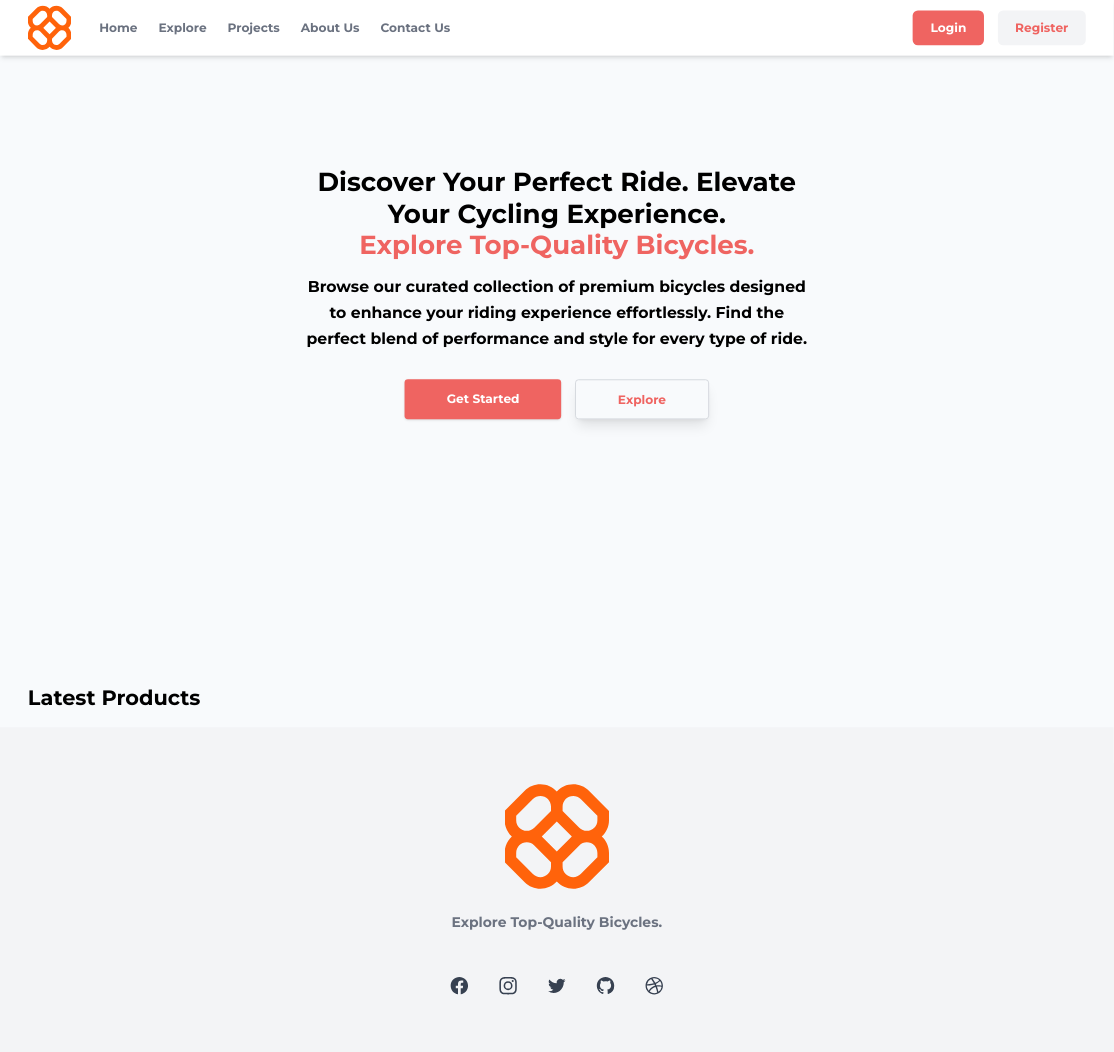
Repository: YahiaSala7/E-commerce-Project
Page: / (app in ecommerce/)
The author's editor kept a copy of each file at every save. The page is drawn from the files as they stood at one save, then again after the next save.
The browser window is 1280 px wide. The pictures show the whole page, at 87% of full size.
The page's requests for data from a server got no answer. The project was rebuilt for these pictures with package versions that can differ from the ones it lists, and the page was loaded fresh each time. Some packages were replaced by stand-ins written for this rebuild. The framework's server and built-in components were replaced by stand-ins that run in the browser. No one was signed in, and anything a server would have sent is missing. Also part of the build but not shown: ecommerce/next.config.mjs, ecommerce/app/_Components/Cart.jsx, ecommerce/app/_Components/ProductItem.jsx.

Above is the page before, as saved 2024-07-30 21:06:27.

### ecommerce/app/layout.js
"use client";
import { Montserrat } from "next/font/google";
import "./globals.css";
import Header from "./_Components/Header";
import Footer from "./_Components/Footer";
import { ClerkProvider } from "@clerk/nextjs";
import { cartContext } from "./_context/cartContext";
import { useState } from "react";
const inter = Montserrat({ subsets: ["latin"], weight: "700" });

// export const metadata = {
//   title: "Create Next App",
//   description: "Generated by create next app",
// };

export default function RootLayout({ children }) {
  const [cart, setCart] = useState([]);
  return (
    <ClerkProvider>
      <cartContext.Provider value={{ cart, setCart }}>
        <html lang="en">
          <body className={inter.className}>
            <Header />
            {children}
            <Footer />
          </body>
        </html>
      </cartContext.Provider>
    </ClerkProvider>
  );
}

### ecommerce/app/page.js
import Image from "next/image";
import Hero from "./_Components/Hero";
import ProductsSection from "./_Components/ProductsSection";

export default function Home() {
  return (
    <div className="home">
      <Hero />
      <ProductsSection />
    </div>
  );
}

### ecommerce/app/globals.css
@tailwind base;
@tailwind components;
@tailwind utilities;

:root {
  /* --foreground-rgb: 0, 0, 0; */
  /* --background-start-rgb: 214, 219, 220;
  --background-end-rgb: 255, 255, 255; */

}

@media (prefers-color-scheme: dark) {
  :root {
    /* --foreground-rgb: 0, 0, 0; */
    /* --background-start-rgb: 0, 0, 0;
    --background-end-rgb: 0, 0, 0; */
  }
}

body {
  @apply bg-slate-50 scroll-smooth
  /* color: rgb(var(--foreground-rgb)); */
  /* background: linear-gradient(
      to bottom,
      transparent,
      rgb(var(--background-end-rgb))
    )
    rgb(var(--background-start-rgb)); */
}

@layer utilities {
  .text-balance {
    text-wrap: balance;
  }
}
.container{
  @apply mx-auto px-4 sm:px-6 lg:px-8
}

### ecommerce/app/_Components/Header.jsx
"use client";
import { UserButton, useUser } from "@clerk/nextjs";
import { ShoppingCart } from "lucide-react";
import React, { useContext, useEffect, useState } from "react";
import { cartContext } from "../_context/cartContext";
import cartApis from "../_utils/cartApis";
import Cart from "./Cart";
function Header() {
  const { user } = useUser();
  const [isCartOpen, setIsCartOpen] = useState(false);
  const { cart, setCart } = useContext(cartContext);
  useEffect(() => {
    user && getCartItems();
  }, [user]);
  const getCartItems = () => {
    cartApis
      .getUserCartItems(user.primaryEmailAddress.emailAddress)
      .then((res) => {
        console.log("response from cart items", res?.data?.data);
        res?.data?.data.forEach((citem) => {
          setCart((oldCart) => [
            ...oldCart,
            {
              id: citem.id,
              product: citem?.attributes?.products?.data[0],
            },
          ]);
        });
      });
  };
  return (
    <header className="bg-white shadow-md">
      <div className="container flex items-center h-16 max-w-screen-xl gap-8 px-4 mx-auto sm:px-6 lg:px-8">
        <img src="/logo.svg" width={"50px"} height={"50px"} />

        <div className="flex items-center justify-end flex-1 md:justify-between">
          <nav aria-label="Global" className="hidden md:block">
            <ul className="flex items-center gap-6 text-sm">
              <li>
                <a
                  className="text-gray-500 transition hover:text-gray-500/75"
                  href="/">
                  {" "}
                  Home{" "}
                </a>
              </li>

              <li>
                <a
                  className="text-gray-500 transition hover:text-gray-500/75"
                  href="#">
                  {" "}
                  Explore{" "}
                </a>
              </li>

              <li>
                <a
                  className="text-gray-500 transition hover:text-gray-500/75"
                  href="#">
                  {" "}
                  Projects{" "}
                </a>
              </li>

              <li>
                <a
                  className="text-gray-500 transition hover:text-gray-500/75"
                  href="#">
                  {" "}
                  About Us{" "}
                </a>
              </li>

              <li>
                <a
                  className="text-gray-500 transition hover:text-gray-500/75"
                  href="#">
                  {" "}
                  Contact Us{" "}
                </a>
              </li>
            </ul>
          </nav>

          {!user ? (
            <div className="flex items-center gap-4">
              <div className="sm:flex sm:gap-4">
                <a
                  className="block rounded-md bg-primary px-5 py-2.5 text-sm font-medium text-white transition hover:bg-secondary "
                  href="/sign-in">
                  Login
                </a>

                <a
                  className="hidden rounded-md bg-gray-100 px-5 py-2.5 text-sm font-medium text-primary transition hover:text-secondary sm:block"
                  href="/sign-up">
                  Register
                </a>
              </div>

              <button className="block rounded bg-gray-100 p-2.5 text-gray-600 transition hover:text-gray-600/75 md:hidden">
                <span className="sr-only">Toggle menu</span>
                <svg
                  xmlns="http://www.w3.org/2000/svg"
                  className="w-5 h-5"
                  fill="none"
                  viewBox="0 0 24 24"
                  stroke="currentColor"
                  strokeWidth="2">
                  <path
                    strokeLinecap="round"
                    strokeLinejoin="round"
                    d="M4 6h16M4 12h16M4 18h16"
                  />
                </svg>
              </button>
            </div>
          ) : (
            <div className="relative flex items-center gap-5">
              <h2 className="flex items-center gap-2">
                <ShoppingCart onClick={() => setIsCartOpen(!isCartOpen)} />(
                {cart?.length})
              </h2>
              <UserButton afterSwitchSessionUrl="/" />
              {isCartOpen ? <Cart /> : ""}
            </div>
          )}
        </div>
      </div>
    </header>
  );
}

export default Header;

### ecommerce/app/_Components/Footer.jsx
" use client";
import { useUser } from "@clerk/nextjs";
import Image from "next/image";
import React from "react";

function Footer() {
  const { user } = useUser();
  return (
    <footer className="bg-gray-100 ">
      <div className="max-w-5xl px-4 py-16 mx-auto sm:px-6 lg:px-8">
        <div className="flex justify-center text-teal-600">
          <Image src="/logo.svg" alt="logo" width={120} height={70} />
        </div>

        <p className="max-w-md mx-auto mt-6 leading-relaxed text-center text-gray-500">
          Explore Top-Quality Bicycles.
        </p>

        <ul className="flex justify-center gap-6 mt-12 md:gap-8">
          <li>
            <a
              href="/"
              rel="noreferrer"
              target="_blank"
              className="text-gray-700 transition hover:text-gray-700/75">
              <span className="sr-only">Facebook</span>
              <svg
                className="w-6 h-6"
                fill="currentColor"
                viewBox="0 0 24 24"
                aria-hidden="true">
                <path
                  fillRule="evenodd"
                  d="M22 12c0-5.523-4.477-10-10-10S2 6.477 2 12c0 4.991 3.657 9.128 8.438 9.878v-6.987h-2.54V12h2.54V9.797c0-2.506 1.492-3.89 3.777-3.89 1.094 0 2.238.195 2.238.195v2.46h-1.26c-1.243 0-1.63.771-1.63 1.562V12h2.773l-.443 2.89h-2.33v6.988C18.343 21.128 22 16.991 22 12z"
                  clipRule="evenodd"
                />
              </svg>
            </a>
          </li>

          <li>
            <a
              href="/"
              rel="noreferrer"
              target="_blank"
              className="text-gray-700 transition hover:text-gray-700/75">
              <span className="sr-only">Instagram</span>
              <svg
                className="w-6 h-6"
                fill="currentColor"
                viewBox="0 0 24 24"
                aria-hidden="true">
                <path
                  fillRule="evenodd"
                  d="M12.315 2c2.43 0 2.784.013 3.808.06 1.064.049 1.791.218 2.427.465a4.902 4.902 0 011.772 1.153 4.902 4.902 0 011.153 1.772c.247.636.416 1.363.465 2.427.048 1.067.06 1.407.06 4.123v.08c0 2.643-.012 2.987-.06 4.043-.049 1.064-.218 1.791-.465 2.427a4.902 4.902 0 01-1.153 1.772 4.902 4.902 0 01-1.772 1.153c-.636.247-1.363.416-2.427.465-1.067.048-1.407.06-4.123.06h-.08c-2.643 0-2.987-.012-4.043-.06-1.064-.049-1.791-.218-2.427-.465a4.902 4.902 0 01-1.772-1.153 4.902 4.902 0 01-1.153-1.772c-.247-.636-.416-1.363-.465-2.427-.047-1.024-.06-1.379-.06-3.808v-.63c0-2.43.013-2.784.06-3.808.049-1.064.218-1.791.465-2.427a4.902 4.902 0 011.153-1.772A4.902 4.902 0 015.45 2.525c.636-.247 1.363-.416 2.427-.465C8.901 2.013 9.256 2 11.685 2h.63zm-.081 1.802h-.468c-2.456 0-2.784.011-3.807.058-.975.045-1.504.207-1.857.344-.467.182-.8.398-1.15.748-.35.35-.566.683-.748 1.15-.137.353-.3.882-.344 1.857-.047 1.023-.058 1.351-.058 3.807v.468c0 2.456.011 2.784.058 3.807.045.975.207 1.504.344 1.857.182.466.399.8.748 1.15.35.35.683.566 1.15.748.353.137.882.3 1.857.344 1.054.048 1.37.058 4.041.058h.08c2.597 0 2.917-.01 3.96-.058.976-.045 1.505-.207 1.858-.344.466-.182.8-.398 1.15-.748.35-.35.566-.683.748-1.15.137-.353.3-.882.344-1.857.048-1.055.058-1.37.058-4.041v-.08c0-2.597-.01-2.917-.058-3.96-.045-.976-.207-1.505-.344-1.858a3.097 3.097 0 00-.748-1.15 3.098 3.098 0 00-1.15-.748c-.353-.137-.882-.3-1.857-.344-1.023-.047-1.351-.058-3.807-.058zM12 6.865a5.135 5.135 0 110 10.27 5.135 5.135 0 010-10.27zm0 1.802a3.333 3.333 0 100 6.666 3.333 3.333 0 000-6.666zm5.338-3.205a1.2 1.2 0 110 2.4 1.2 1.2 0 010-2.4z"
                  clipRule="evenodd"
                />
              </svg>
            </a>
          </li>

          <li>
            <a
              href="/"
              rel="noreferrer"
              target="_blank"
              className="text-gray-700 transition hover:text-gray-700/75">
              <span className="sr-only">Twitter</span>
              <svg
                className="w-6 h-6"
                fill="currentColor"
                viewBox="0 0 24 24"
                aria-hidden="true">
                <path d="M8.29 20.251c7.547 0 11.675-6.253 11.675-11.675 0-.178 0-.355-.012-.53A8.348 8.348 0 0022 5.92a8.19 8.19 0 01-2.357.646 4.118 4.118 0 001.804-2.27 8.224 8.224 0 01-2.605.996 4.107 4.107 0 00-6.993 3.743 11.65 11.65 0 01-8.457-4.287 4.106 4.106 0 001.27 5.477A4.072 4.072 0 012.8 9.713v.052a4.105 4.105 0 003.292 4.022 4.095 4.095 0 01-1.853.07 4.108 4.108 0 003.834 2.85A8.233 8.233 0 012 18.407a11.616 11.616 0 006.29 1.84" />
              </svg>
            </a>
          </li>

          <li>
            <a
              href="/"
              rel="noreferrer"
              target="_blank"
              className="text-gray-700 transition hover:text-gray-700/75">
              <span className="sr-only">GitHub</span>
              <svg
                className="w-6 h-6"
                fill="currentColor"
                viewBox="0 0 24 24"
                aria-hidden="true">
                <path
                  fillRule="evenodd"
                  d="M12 2C6.477 2 2 6.484 2 12.017c0 4.425 2.865 8.18 6.839 9.504.5.092.682-.217.682-.483 0-.237-.008-.868-.013-1.703-2.782.605-3.369-1.343-3.369-1.343-.454-1.158-1.11-1.466-1.11-1.466-.908-.62.069-.608.069-.608 1.003.07 1.531 1.032 1.531 1.032.892 1.53 2.341 1.088 2.91.832.092-.647.35-1.088.636-1.338-2.22-.253-4.555-1.113-4.555-4.951 0-1.093.39-1.988 1.029-2.688-.103-.253-.446-1.272.098-2.65 0 0 .84-.27 2.75 1.026A9.564 9.564 0 0112 6.844c.85.004 1.705.115 2.504.337 1.909-1.296 2.747-1.027 2.747-1.027.546 1.379.202 2.398.1 2.651.64.7 1.028 1.595 1.028 2.688 0 3.848-2.339 4.695-4.566 4.943.359.309.678.92.678 1.855 0 1.338-.012 2.419-.012 2.747 0 .268.18.58.688.482A10.019 10.019 0 0022 12.017C22 6.484 17.522 2 12 2z"
                  clipRule="evenodd"
                />
              </svg>
            </a>
          </li>

          <li>
            <a
              href="/"
              rel="noreferrer"
              target="_blank"
              className="text-gray-700 transition hover:text-gray-700/75">
              <span className="sr-only">Dribbble</span>
              <svg
                className="w-6 h-6"
                fill="currentColor"
                viewBox="0 0 24 24"
                aria-hidden="true">
                <path
                  fillRule="evenodd"
                  d="M12 2C6.48 2 2 6.48 2 12s4.48 10 10 10c5.51 0 10-4.48 10-10S17.51 2 12 2zm6.605 4.61a8.502 8.502 0 011.93 5.314c-.281-.054-3.101-.629-5.943-.271-.065-.141-.12-.293-.184-.445a25.416 25.416 0 00-.564-1.236c3.145-1.28 4.577-3.124 4.761-3.362zM12 3.475c2.17 0 4.154.813 5.662 2.148-.152.216-1.443 1.941-4.48 3.08-1.399-2.57-2.95-4.675-3.189-5A8.687 8.687 0 0112 3.475zm-3.633.803a53.896 53.896 0 013.167 4.935c-3.992 1.063-7.517 1.04-7.896 1.04a8.581 8.581 0 014.729-5.975zM3.453 12.01v-.26c.37.01 4.512.065 8.775-1.215.25.477.477.965.694 1.453-.109.033-.228.065-.336.098-4.404 1.42-6.747 5.303-6.942 5.629a8.522 8.522 0 01-2.19-5.705zM12 20.547a8.482 8.482 0 01-5.239-1.8c.152-.315 1.888-3.656 6.703-5.337.022-.01.033-.01.054-.022a35.318 35.318 0 011.823 6.475 8.4 8.4 0 01-3.341.684zm4.761-1.465c-.086-.52-.542-3.015-1.659-6.084 2.679-.423 5.022.271 5.314.369a8.468 8.468 0 01-3.655 5.715z"
                  clipRule="evenodd"
                />
              </svg>
            </a>
          </li>
        </ul>
      </div>
    </footer>
  );
}

export default Footer;

### ecommerce/app/_context/cartContext.js
import { createContext } from "react";

export const cartContext = createContext(null);

### ecommerce/app/_Components/Hero.jsx
"use client";
import { useUser } from "@clerk/nextjs";
import React from "react";

function Hero() {
  const handlescroll = () => {
    window.scrollBy({
      top: 700,
      behavior: "smooth",
    });
  };
  const { user } = useUser();
  return (
    <section className="">
      <div className="max-w-screen-xl px-4 py-32 mx-auto lg:flex lg:h-screen">
        <div className="max-w-xl mx-auto text-center">
          <h1 className="text-2xl font-extrabold sm:text-3xl ">
            Discover Your Perfect Ride. Elevate Your Cycling Experience.
            <strong className="font-extrabold text-primary sm:block">
              {" "}
              Explore Top-Quality Bicycles.{" "}
            </strong>
          </h1>

          <p className="mt-4 sm:text-[18px]/relaxed">
            Browse our curated collection of premium bicycles designed to
            enhance your riding experience effortlessly. Find the perfect blend
            of performance and style for every type of ride.
          </p>

          <div className="flex flex-wrap justify-center gap-4 mt-8">
            {!user && (
              <a
                className="block w-full px-12 py-3 text-sm font-medium text-white rounded shadow bg-primary hover:bg-secondary focus:outline-none focus:ring active:bg-red-500 sm:w-auto scroll-smooth"
                href="/sign-up">
                Get Started
              </a>
            )}
            <button
              className="block w-full px-12 py-3 text-sm font-medium border border-gray-300 rounded shadow-lg text-primary hover:text-secondary focus:outline-none focus:ring active:text-red-500 sm:w-auto"
              onClick={() => handlescroll()}>
              Explore
            </button>
          </div>
        </div>
      </div>
    </section>
  );
}

export default Hero;

### ecommerce/app/_Components/ProductsSection.jsx
import React from "react";
import LatestProducts from "./LatestProducts";
import { ArrowRight } from "lucide-react";

function ProductsSection() {
  return (
    <>
      <div className="flex items-center justify-between px-4 pb-4 mx-auto latest-products sm:px-6 lg:px-8">
        <h2 className="text-[14px] sm:text-[20px] md:text-[24px] xs:text-[18px]">
          Latest Products
        </h2>
        {/* <h4 className="text-primary flex  items-center text-[14px] sm:text-[20px] md:text-[24px] xs:text-[18px]">
          View all collection{" "}
          <ArrowRight className="w-4 h-4 text-primary mt-[1px]" />{" "}
        </h4> */}
      </div>
      <LatestProducts />
    </>
  );
}

export default ProductsSection;

### ecommerce/app/_utils/cartApis.js
const { default: dataFetching } = require("./dataFetching");

const addToCart = (payload) => dataFetching.post("/carts", payload);
const getUserCartItems = (email) =>
  dataFetching.get(
    `carts?populate[products][populate]=image&filters[email][$eq]=${email}`
  );
const deleteCartItem = (id) => dataFetching.delete(`/carts/${id}`);

export default { addToCart, getUserCartItems, deleteCartItem };

### ecommerce/app/_Components/LatestProducts.jsx
"use client";
import React, { useEffect, useState } from "react";
import ProdcutApis from "../_utils/ProdcutApis";
import ProductItem from "./ProductItem";

function LatestProducts() {
  const [latestProducts, setLatestProducts] = useState([]);
  useEffect(() => {
    getLatestProducts_();
  }, []);
  const getLatestProducts_ = () => {
    ProdcutApis.getLatestProducts().then((res) => {
      setLatestProducts(res.data.data);
    });
  };

  return (
    <div className="grid grid-cols-2 gap-3 px-4 mx-auto sm:grid-col-3 md:grid-cols-4 sm:px-6 lg:px-8">
      {latestProducts?.map((product) => (
        <ProductItem key={product.id} product={product} />
      ))}
    </div>
  );
}

export default LatestProducts;

### ecommerce/app/_utils/dataFetching.js
const { default: axios } = require("axios");

const apiKey = process.env.NEXT_PUBLIC_REST_API_KEY;
const baseUrl = "http://localhost:1337/api";

const dataFetching = axios.create({
  baseURL: baseUrl,
  headers: {
    Authorization: `Bearer ${apiKey}`,
  },
});

export default dataFetching;

### ecommerce/app/_utils/ProdcutApis.js
const { default: dataFetching } = require("./dataFetching");

const getLatestProducts = () => dataFetching.get("/products?populate=*");
const getProductById = (id) => dataFetching.get(`/products/${id}?populate=*`);
const getProductByCategory = (category) =>
  dataFetching.get(`/products?filters[category][$eq]=${category}&populate=*`);
export default {
  getLatestProducts,
  getProductById,
  getProductByCategory,
};

### ecommerce/tailwind.config.js
/** @type {import('tailwindcss').Config} */
module.exports = {
  content: [
    "./pages/**/*.{js,ts,jsx,tsx,mdx}",
    "./components/**/*.{js,ts,jsx,tsx,mdx}",
    "./app/**/*.{js,ts,jsx,tsx,mdx}",
  ],
  theme: {
    extend: {
      backgroundImage: {
        "gradient-radial": "radial-gradient(var(--tw-gradient-stops))",
        "gradient-conic":
          "conic-gradient(from 180deg at 50% 50%, var(--tw-gradient-stops))",
      },
      colors: {
        primary: "#EF6461",
        secondary: " #B83D3A",
      },
      screens: {
        xs: "480px", // Custom breakpoint for extra small devices
        "3xl": "1600px", // Custom breakpoint for very large screens
      },
    },
  },
  plugins: [],
};

After the next save:
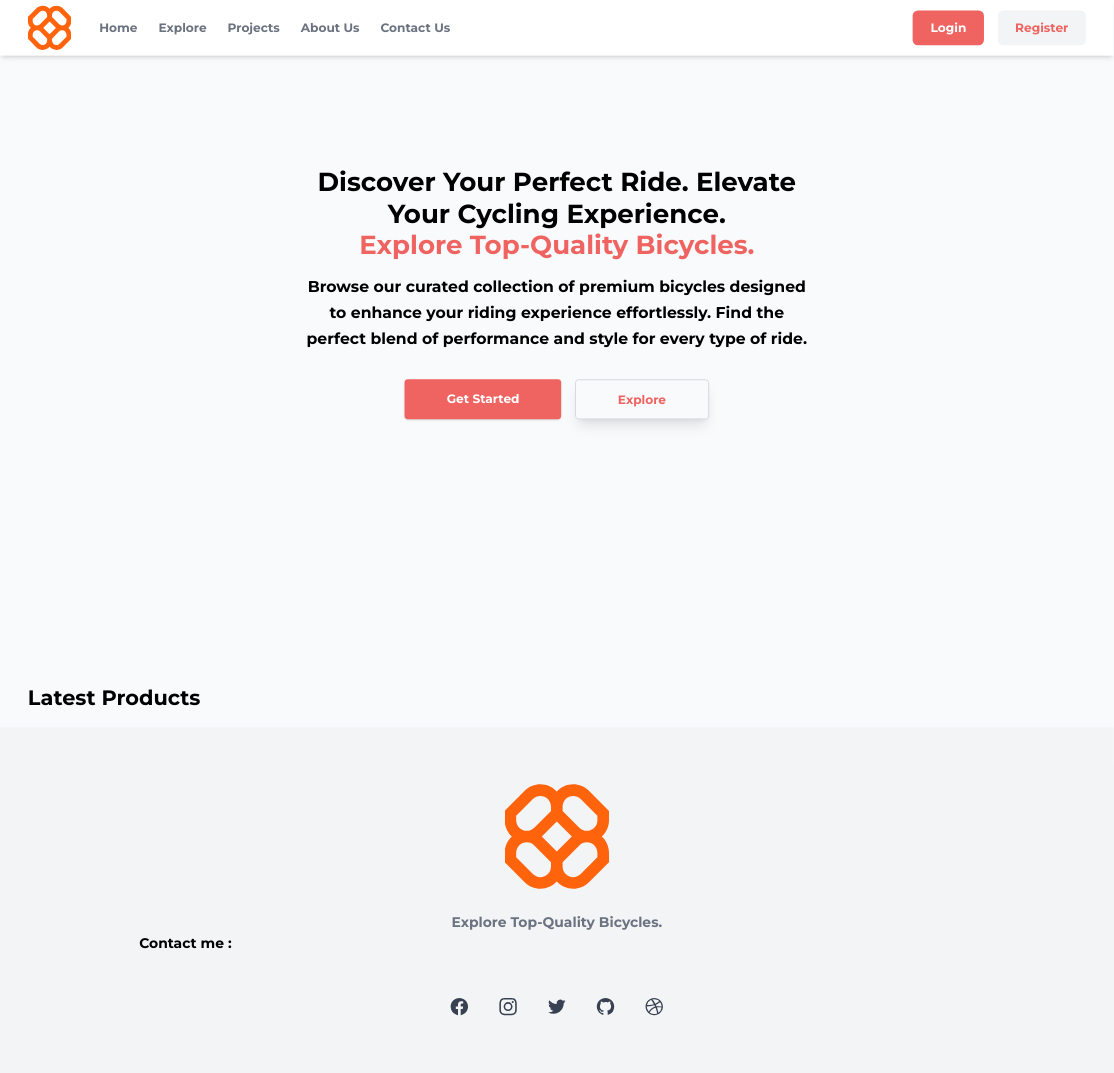
Saved 29 s later.
--- a/ecommerce/app/_Components/Footer.jsx
+++ b/ecommerce/app/_Components/Footer.jsx
@@ -15,7 +15,7 @@ function Footer() {
         <p className="max-w-md mx-auto mt-6 leading-relaxed text-center text-gray-500">
           Explore Top-Quality Bicycles.
         </p>
-
+        <h2>Contact me :</h2>
         <ul className="flex justify-center gap-6 mt-12 md:gap-8">
           <li>
             <a
